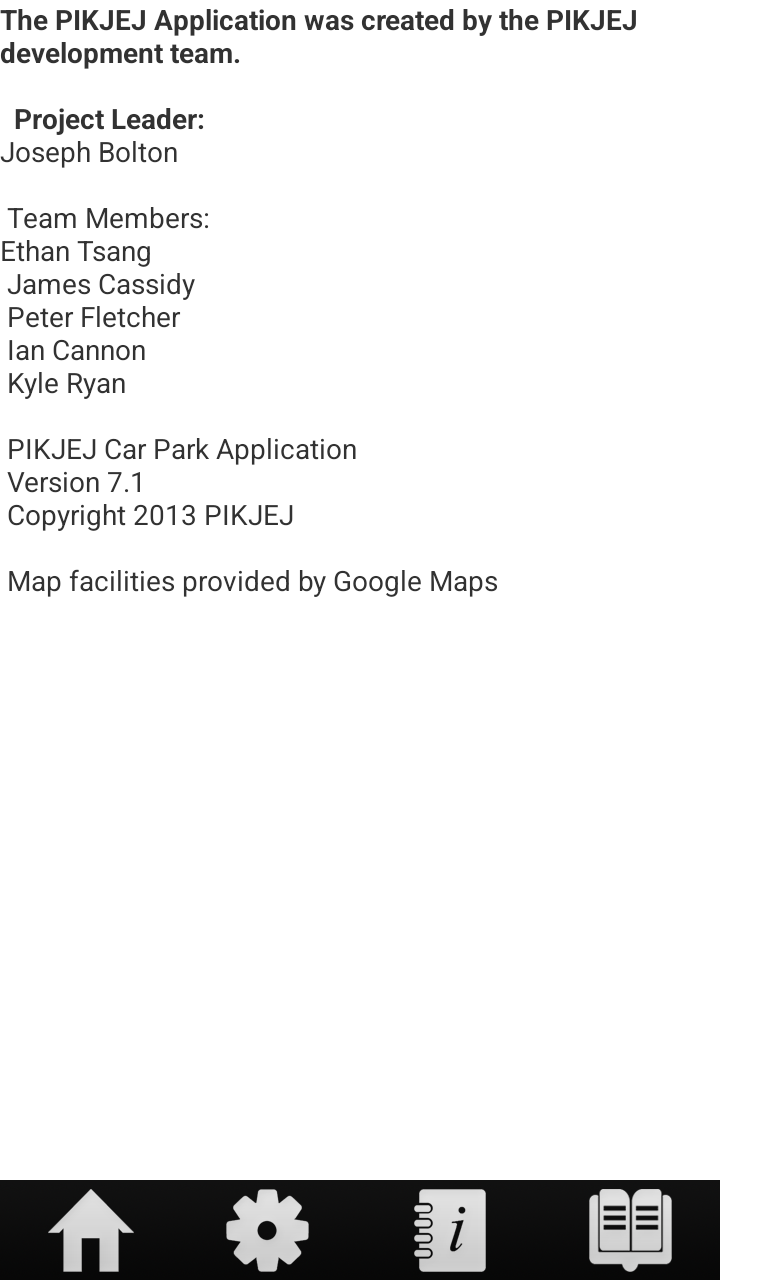
Repository: jo3bolton/PIKJEJ
Layout: PIKJEJ v7/PIKJEJ/res/layout/activity_about.xml
These files come from the project's save history. The layout is drawn as it stood at one moment and after the next save; the edit follows.
It is drawn on a 768 x 1280 px phone screen (xhdpi) without system bars, with theme AppTheme; the app's code is not run.

Above is the layout before, as saved 2013-03-23 13:44:45.

### PIKJEJ v7/PIKJEJ/res/layout/activity_about.xml
<RelativeLayout xmlns:android="http://schemas.android.com/apk/res/android"
    xmlns:tools="http://schemas.android.com/tools"
    android:layout_width="match_parent"
    android:layout_height="match_parent"
    android:screenOrientation="portrait"
    tools:context=".About" >

    <ImageButton
        android:id="@+id/home"
        android:layout_width="wrap_content"
        android:layout_height="wrap_content"
        android:layout_alignParentBottom="true"
        android:layout_alignParentLeft="true"
        android:background="@drawable/ic_tab_home_unselected"
        android:onClick="Home" />

    <ImageButton
        android:id="@+id/settings"
        android:layout_width="wrap_content"
        android:layout_height="wrap_content"
        android:layout_alignParentBottom="true"
        android:layout_toRightOf="@+id/home"
        android:background="@drawable/ic_tab_settings_unselected"
        android:onClick="Settings" />

    <ImageButton
        android:id="@+id/about"
        android:layout_width="wrap_content"
        android:layout_height="wrap_content"
        android:layout_alignParentBottom="true"
        android:layout_toRightOf="@+id/settings"
        android:background="@drawable/ic_tab_about_unselected"
        android:onClick="About" />

    <ImageButton
        android:id="@+id/userguide"
        android:layout_width="wrap_content"
        android:layout_height="wrap_content"
        android:layout_alignParentBottom="true"
        android:layout_toRightOf="@+id/about"
        android:background="@drawable/ic_tab_userguide_unselected"
        android:onClick="Userguide" />
<ScrollView
    android:id="@+id/ScrollView1"
        android:layout_width="wrap_content"
        android:layout_height="wrap_content"
        android:layout_above="@+id/settings"
        android:layout_alignParentLeft="true"
        android:layout_alignParentRight="true"
        android:layout_alignParentTop="true">

    <TextView
        android:id="@+id/textView1"
        android:layout_width="wrap_content"
        android:layout_height="wrap_content"
        android:scrollbars="vertical"
        android:text="@string/page_about" />

</ScrollView>
</RelativeLayout>

### PIKJEJ v7/PIKJEJ/res/values/strings.xml
<?xml version="1.0" encoding="utf-8"?>
<resources>

    <string name="app_name">PIKJEJ</string>
    <string name="action_settings">Settings</string>
    <string name="hello_world">Hello world!</string>
    <string name="title_activity_about">About</string>
    <string name="title_activity_alt_travel">AltTravel</string>
    <string name="title_activity_userguide">Userguide</string>
    <string name="title_activity_schedule">Schedule</string>
    <string name="title_activity_settings">Settings</string>
    <string name="title_activity_predictor">Predictor</string>
    <string name="title_activity_terms">Terms</string>
    <string name="title_activity_splash">Splash</string>
    <string name="title_activity_home">Home</string>
    <string name="page_about"><b>The PIKJEJ Application was created by the PIKJEJ development team.</b> \n \n <b> Project Leader:</b> \nJoseph Bolton \n\n Team Members: \nEthan Tsang \n James Cassidy \n Peter Fletcher \n Ian Cannon \n  Kyle Ryan \n\n PIKJEJ Car Park Application \n Version 7.1 \n Copyright 2013 PIKJEJ \n\n Map facilities provided by Google Maps \n\n </string>

</resources>

Loaded but not shown: PIKJEJ v7/PIKJEJ/res/values/styles.xml (common file); PIKJEJ v7/PIKJEJ/res/values-v11/styles.xml (common file); PIKJEJ v7/PIKJEJ/res/values-v14/styles.xml (common file)

After the next save:
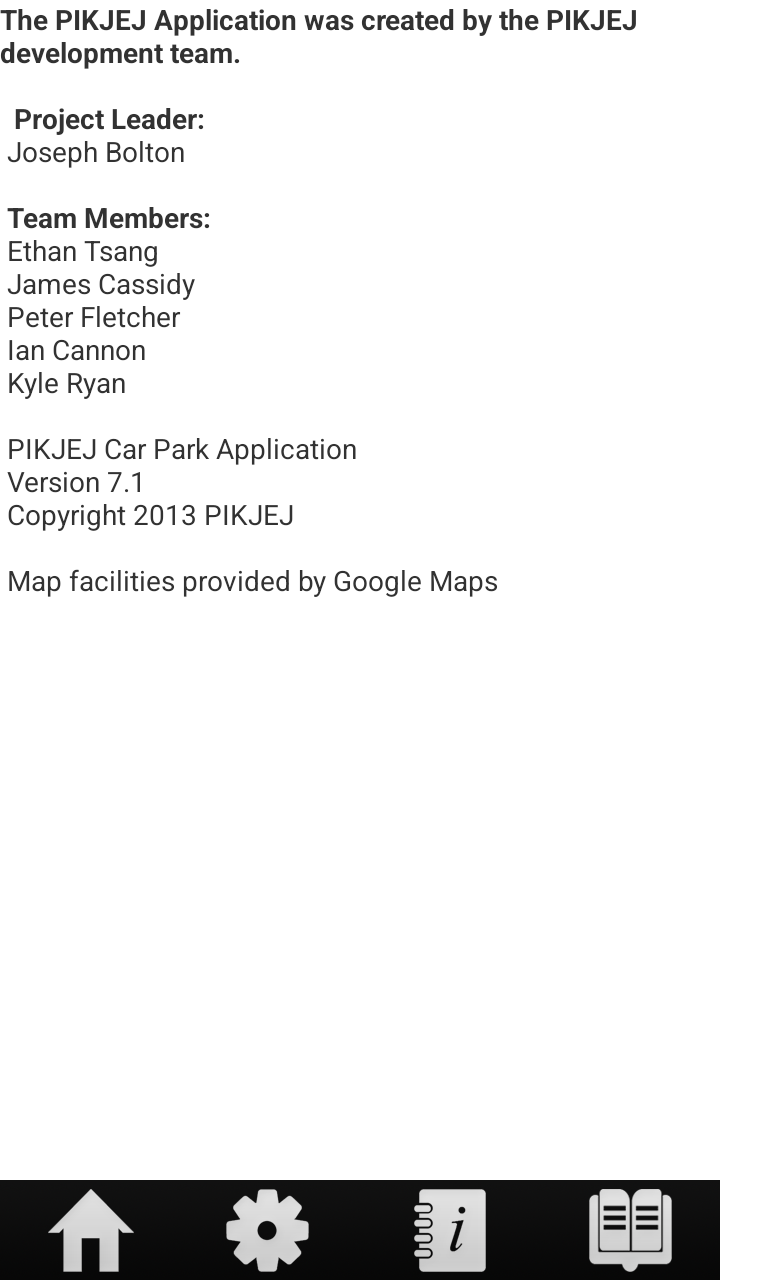
Saved 46 s later.
--- a/PIKJEJ v7/PIKJEJ/res/values/strings.xml
+++ b/PIKJEJ v7/PIKJEJ/res/values/strings.xml
@@ -13,6 +13,6 @@
     <string name="title_activity_terms">Terms</string>
     <string name="title_activity_splash">Splash</string>
     <string name="title_activity_home">Home</string>
-    <string name="page_about"><b>The PIKJEJ Application was created by the PIKJEJ development team.</b> \n \n <b> Project Leader:</b> \nJoseph Bolton \n\n Team Members: \nEthan Tsang \n James Cassidy \n Peter Fletcher \n Ian Cannon \n  Kyle Ryan \n\n PIKJEJ Car Park Application \n Version 7.1 \n Copyright 2013 PIKJEJ \n\n Map facilities provided by Google Maps \n\n </string>
+    <string name="page_about"><b>The PIKJEJ Application was created by the PIKJEJ development team.</b> \n \n <b> Project Leader:</b> \n Joseph Bolton \n\n <b>Team Members:</b> \n Ethan Tsang \n James Cassidy \n Peter Fletcher \n Ian Cannon \n  Kyle Ryan \n\n PIKJEJ Car Park Application \n Version 7.1 \n Copyright 2013 PIKJEJ \n\n Map facilities provided by Google Maps \n\n </string>
 
 </resources>
